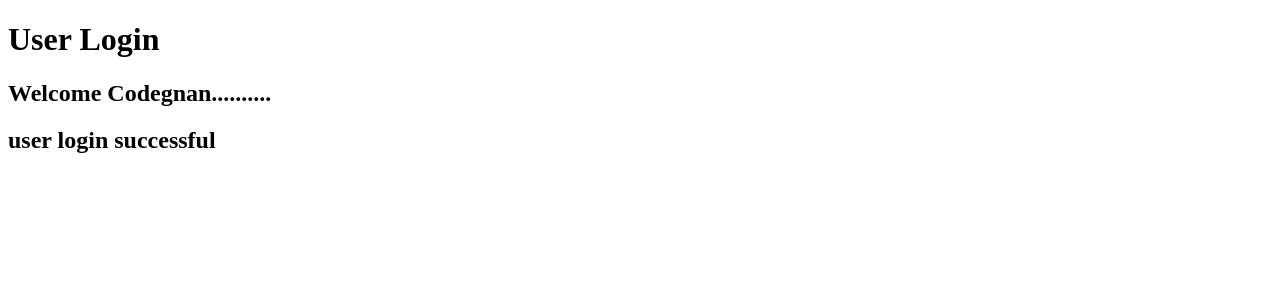
Repository: kushalkumarreddy/Advance-Java
Page: http://localhost/JSP/login.jsp
These files come from the project's save history. The page is drawn as it stood at one moment and after the next save; the edit follows.
The browser window is 1280 px wide. The pictures show the whole page.
The page is served by Tomcat 9.

Above is the page before, as saved 2026-10-08 04:01:23.

After the next save:
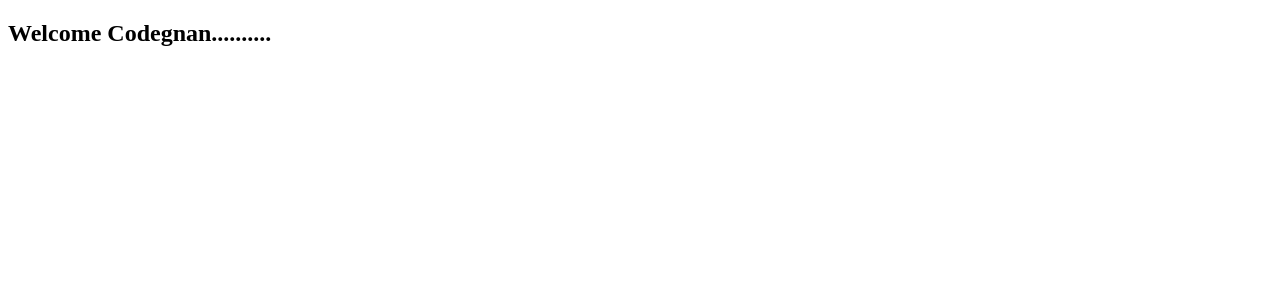
Saved 2 min 10 s later.
--- a/JSP/src/main/webapp/login.jsp
+++ b/JSP/src/main/webapp/login.jsp
@@ -10,7 +10,7 @@
 
 	<h1>User Login </h1>
 
-	<jsp:include page="welcome.jsp" />
+	<jsp:forward page="welcome.jsp" />
 
 	<h2>user login successful</h2>
 </body>
